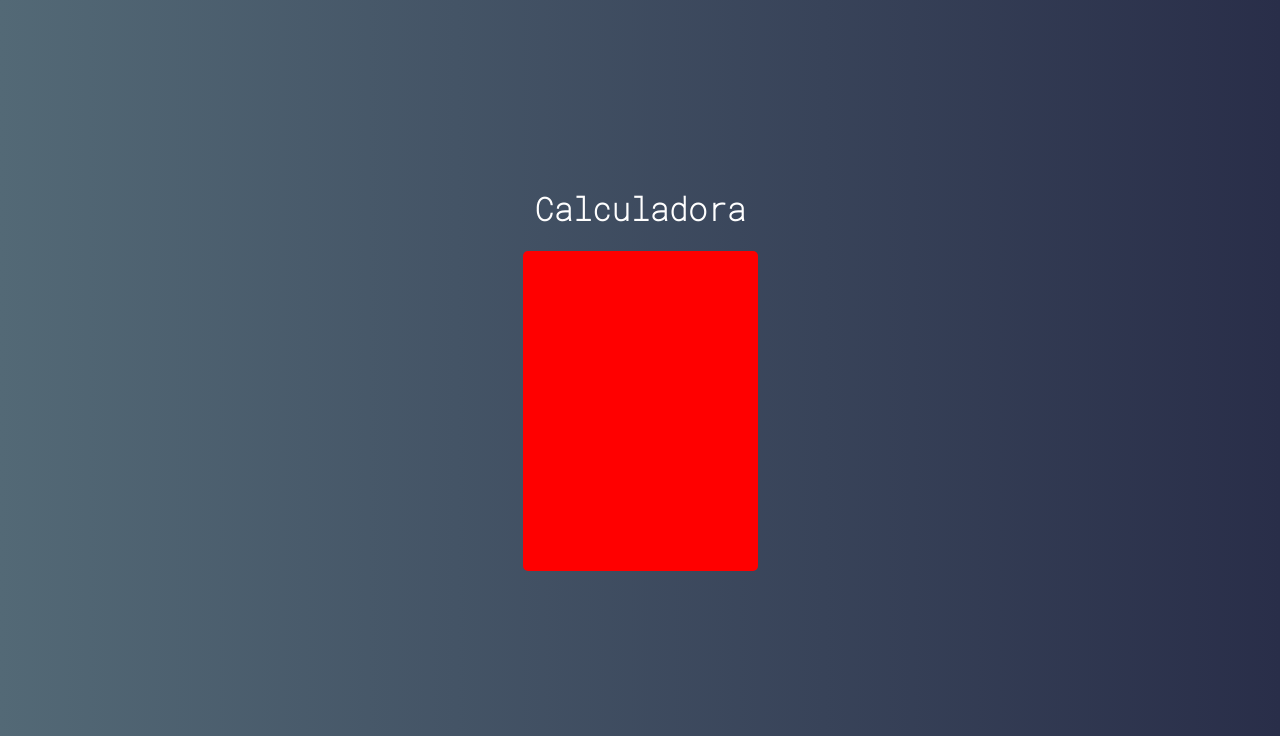
Repository: jean-siqueira/react-calculadora
Page: /
An editor plug-in stored every save of this project. The page is shown before and after the next save, followed by the edit.
The browser window is 1280 px wide. The pictures show the whole page.
The project was rebuilt for these pictures with package versions that can differ from the ones it lists, and the page was loaded fresh each time. Also part of the build but not shown: src/components/Button.css.

Above is the page before, as saved 2023-03-25 12:12:43.

### src/index.js
import React from "react";
import ReactDOM from "react-dom/client";
import "./index.css";
import Calculator from "./main/Calculator";
import reportWebVitals from "./reportWebVitals";

const root = ReactDOM.createRoot(document.getElementById("root"));
root.render(
  <React.StrictMode>
    <div>
      <h1>Calculadora</h1>
      <Calculator />
    </div>
  </React.StrictMode>
);

// If you want to start measuring performance in your app, pass a function
// to log results (for example: reportWebVitals(console.log))
// or send to an analytics endpoint. Learn more: https://bit.ly/CRA-vitals
reportWebVitals();

### src/index.css
@font-face {
  font-family: 'RobotoMono';
  src: url('./fonts/RobotoMono-Thin.ttf');
}

* {
  font-family: 'RobotoMono', monospace;
}

body {
  display: flex;
  height: 100vh;
  justify-content: center;
  align-items: center;
  text-align: center;
  color: #fff;
  background: linear-gradient(to right, rgb(83, 105, 118), rgb(41, 46, 73));
}

### src/main/Calculator.jsx
import React, {Component} from "react";
import './Calculator.css'

export default class Calculator extends Component {

    render() {
        return (
            <div className="calculator">

            </div>
        )
    }

}

### src/components/Button.jsx
import React from "react";
import './Button.css'

export default props =>
    <button className="button">0</button>

Loaded but not shown: public/index.html (common file); src/reportWebVitals.js (common file); src/main/Calculator.css (common file)

After the next save:
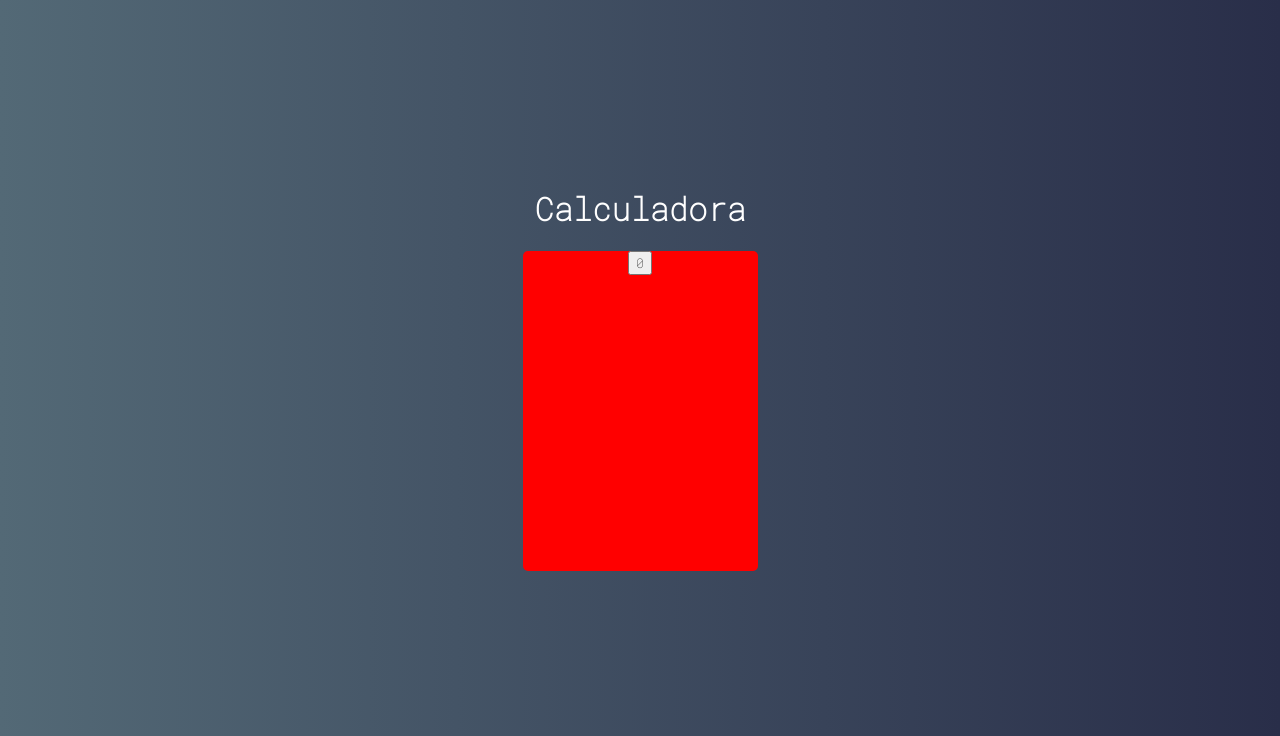
Saved 30 s later.
--- a/src/main/Calculator.jsx
+++ b/src/main/Calculator.jsx
@@ -1,12 +1,13 @@
 import React, {Component} from "react";
 import './Calculator.css'
+import Button from "../components/Button";
 
 export default class Calculator extends Component {
 
     render() {
         return (
             <div className="calculator">
-
+                <Button/>
             </div>
         )
     }
